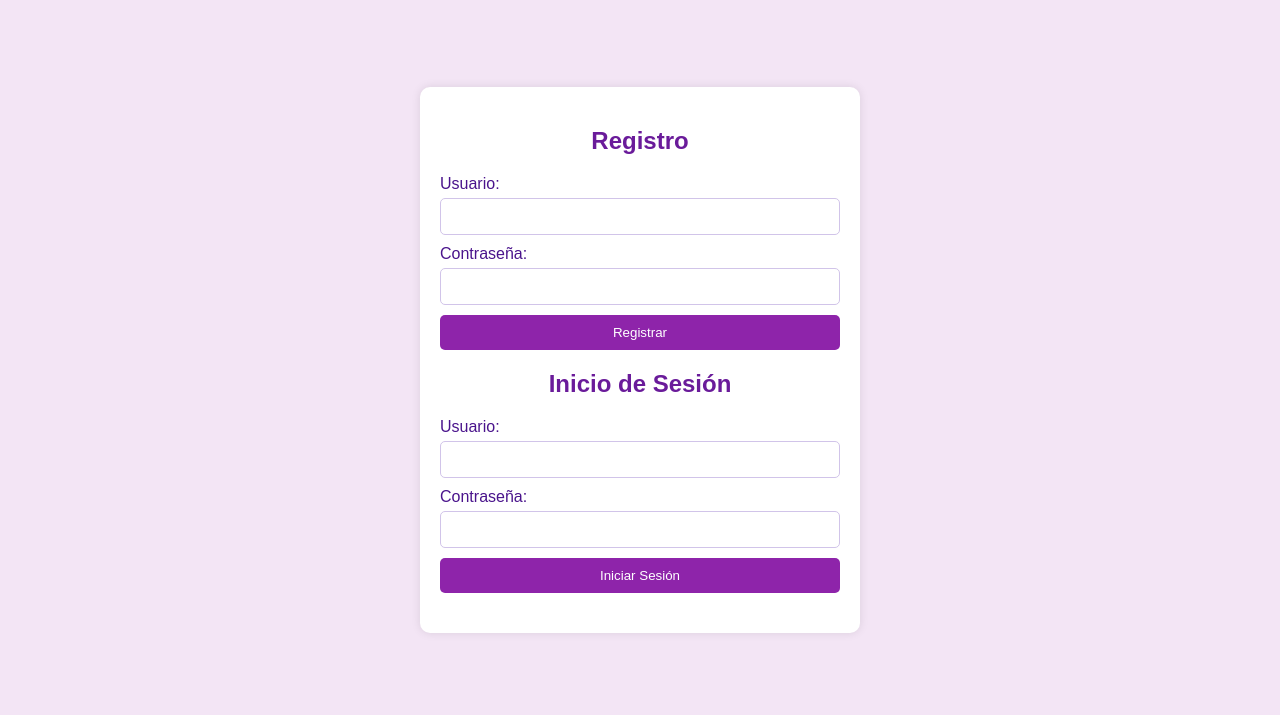
Repository: Connie75/API
Page: index.html
An editor plug-in stored every save of this project. The page is shown before and after the next save, followed by the edit.
The browser window is 1280 px wide. The pictures show the whole page.

Above is the page before, as saved 2024-07-31 00:45:35.

### index.html
<!DOCTYPE html>
<html lang="es">
<head>
    <meta charset="UTF-8">
    <meta name="viewport" content="width=device-width, initial-scale=1.0">
    <link rel="stylesheet" href="Styles.css">
    <title>Registro e Inicio de Sesión</title>
</head>
<body>
    <div class="container">
        <h2>Registro</h2>
        <form action="register.php" method="post">
            <label for="username">Usuario:</label>
            <input type="text" id="username" name="username" required>
            <label for="password">Contraseña:</label>
            <input type="password" id="password" name="password" required>
            <input type="submit" value="Registrar">
        </form>

        <h2>Inicio de Sesión</h2>
        <form action="login.php" method="post">
            <label for="username">Usuario:</label>
            <input type="text" id="username" name="username" required>
            <label for="password">Contraseña:</label>
            <input type="password" id="password" name="password" required>
            <input type="submit" value="Iniciar Sesión">
        </form>
    </div>
</body>
</html>

### Styles.css
body {
    font-family: Arial, sans-serif;
    background-color: #f3e5f5; /* Lila claro */
    color: #4a148c; /* Morado oscuro */
    display: flex;
    justify-content: center;
    align-items: center;
    height: 100vh;
    margin: 0;
    padding: 20px;
    box-sizing: border-box;
}
.container {
    background-color: #ffffff; /* Blanco */
    padding: 20px;
    border-radius: 10px;
    box-shadow: 0 0 10px rgba(0, 0, 0, 0.1);
    width: 100%;
    max-width: 400px;
    text-align: center;
}
h2 {
    color: #6a1b9a; /* Morado medio */
}
form {
    margin-bottom: 20px;
}
label {
    display: block;
    margin-bottom: 5px;
    text-align: left;
}
input[type="text"],
input[type="password"],
select {
    width: 100%;
    padding: 10px;
    margin-bottom: 10px;
    border: 1px solid #d1c4e9; /* Lila claro */
    border-radius: 5px;
    box-sizing: border-box;
}
input[type="submit"] {
    background-color: #8e24aa; /* Morado */
    color: #ffffff; /* Blanco */
    padding: 10px;
    border: none;
    border-radius: 5px;
    cursor: pointer;
    width: 100%;
}
input[type="submit"]:hover {
    background-color: #6a1b9a; /* Morado medio */
}
.error-message {
    color: red;
    font-size: 0.9em;
    margin-bottom: 10px;
}
.password-hint {
    font-size: 0.8em;
    color: #7e57c2; /* Lila oscuro */
    text-align: left;
}

@media (max-width: 600px) {
    .container {
        padding: 15px;
    }
    input[type="text"],
    input[type="password"],
    select {
        padding: 8px;
    }
    input[type="submit"] {
        padding: 8px;
    }
}

After the next save:
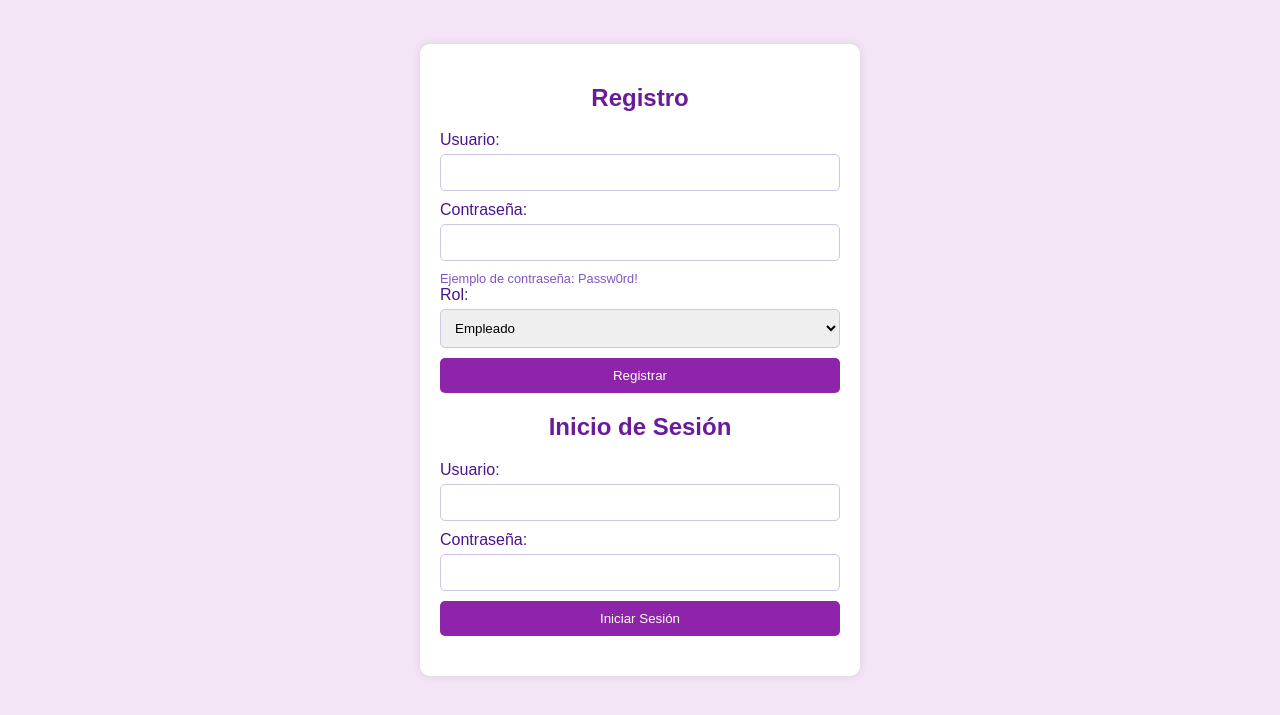
Saved 23 s later.
--- a/index.html
+++ b/index.html
@@ -14,6 +14,12 @@
             <input type="text" id="username" name="username" required>
             <label for="password">Contraseña:</label>
             <input type="password" id="password" name="password" required>
+            <div class="password-hint">Ejemplo de contraseña: Passw0rd!</div>
+            <label for="role">Rol:</label>
+            <select id="role" name="role" required>
+                <option value="employee">Empleado</option>
+                <option value="admin">Administrador</option>
+            </select>
             <input type="submit" value="Registrar">
         </form>
 
